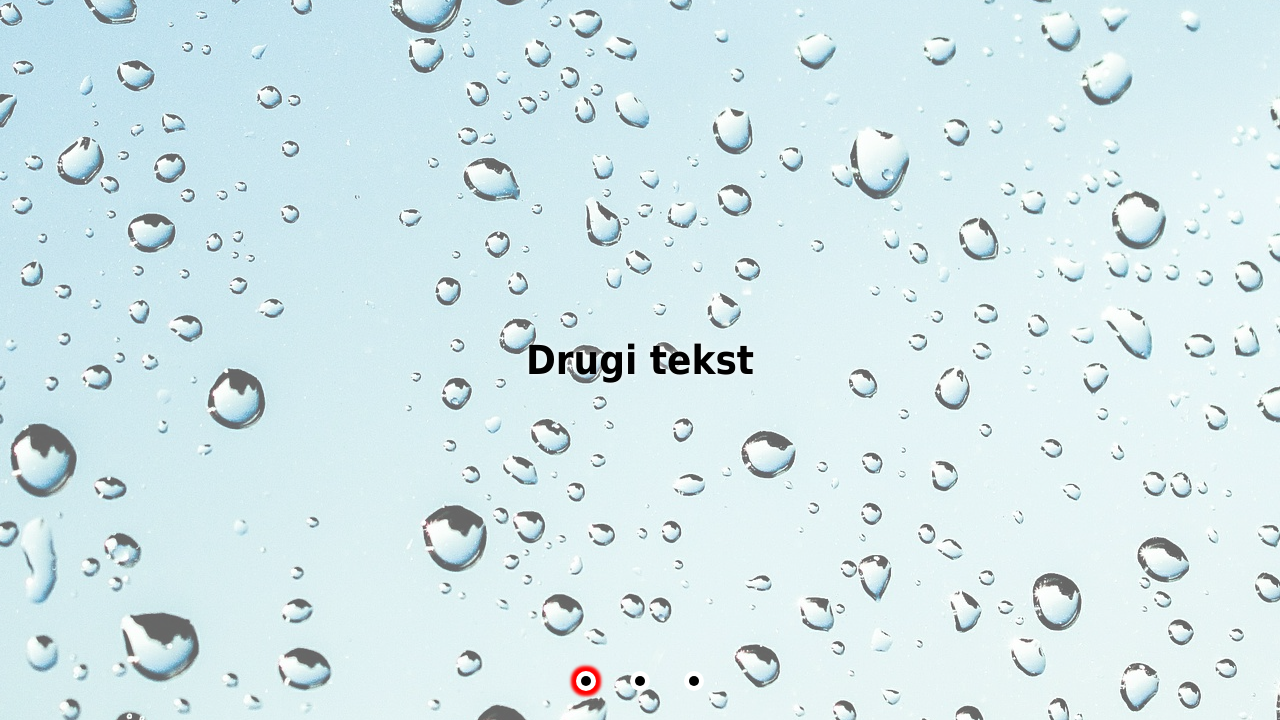
Repository: KasiaJakubowska/Baner
Page: index.html
The author's editor kept a copy of each file at every save. The page is drawn from the files as they stood at one save, then again after the next save.
The browser window is 1280 px wide. The pictures show the whole page.

Above is the page before, as saved 2018-10-16 16:28:39.

### index.html
<!DOCTYPE html>
<html lang="en">

<head>
  <meta charset="UTF-8">
  <title>Slider</title>
  <style>
    * {
      margin: 0;
    }

    header {
      width: 100%;
      height: 100vh;
      position: relative;
      overflow: hidden;
    }

    img {
      position: absolute;
      min-width: 100%;
      min-height: 100%;
      position: absolute;
      top: 50%;
      left: 50%;
      transform: translate(-50%, -50%);
      opacity: 0.6;
    }

    h1 {
      position: absolute;
      top: 50%;
      left: 50%;
      transform: translate(-50%, -50%);
      font-size: 40px;
      font-family: tahoma, sans-serif;
      text-shadow: 0 0 6px white;
    }

    .dots {
      position: absolute;
      bottom: 30px;
      left: 50%;
      transform: translateX(-50%)
    }

    .dots span {
      display: inline-block;
      background-color: #000;
      margin: 0 20px;
      width: 10px;
      height: 10px;
      border-radius: 50%;
      box-shadow: 0 0 0 5px white;
    }

    .dots span.active {
      box-shadow: 0 0 0 5px white, 0 0 3px 10px red;
    }
  </style>
</head>

<body>
  <header>
    <img class="slider" src="images/img1.jpg" alt="">
    <h1 class="slider">Pierwszy tekst</h1>
    <div class="dots">
      <span id="one" class="active"></span>
      <span id="two"></span>
      <span id="three"></span>
    </div>
  </header>

  <script src="main.js"></script>
</body>

</html>

### main.js
const slideList = [{
 img: "images/img1.jpg",
 text: 'Pierwszy tekst'
},
{
 img: "images/img2.jpg",
 text: 'Drugi tekst'
},
{
 img: "images/img3.jpg",
 text: 'Trzeci tekst'
}];

const image = document.querySelector('img.slider');
const h1 = document.querySelector('h1.slider');
// Interfejs
const time = 3000;
let active = 0;

const changeSlide = () => {
 active++;
 if (active === slideList.length) {
  active = 0;
 }
 image.src = slideList[active].img;
 h1.textContent = slideList[active].text;

}
setInterval(changeSlide, time)

// Implementacje

After the next save:
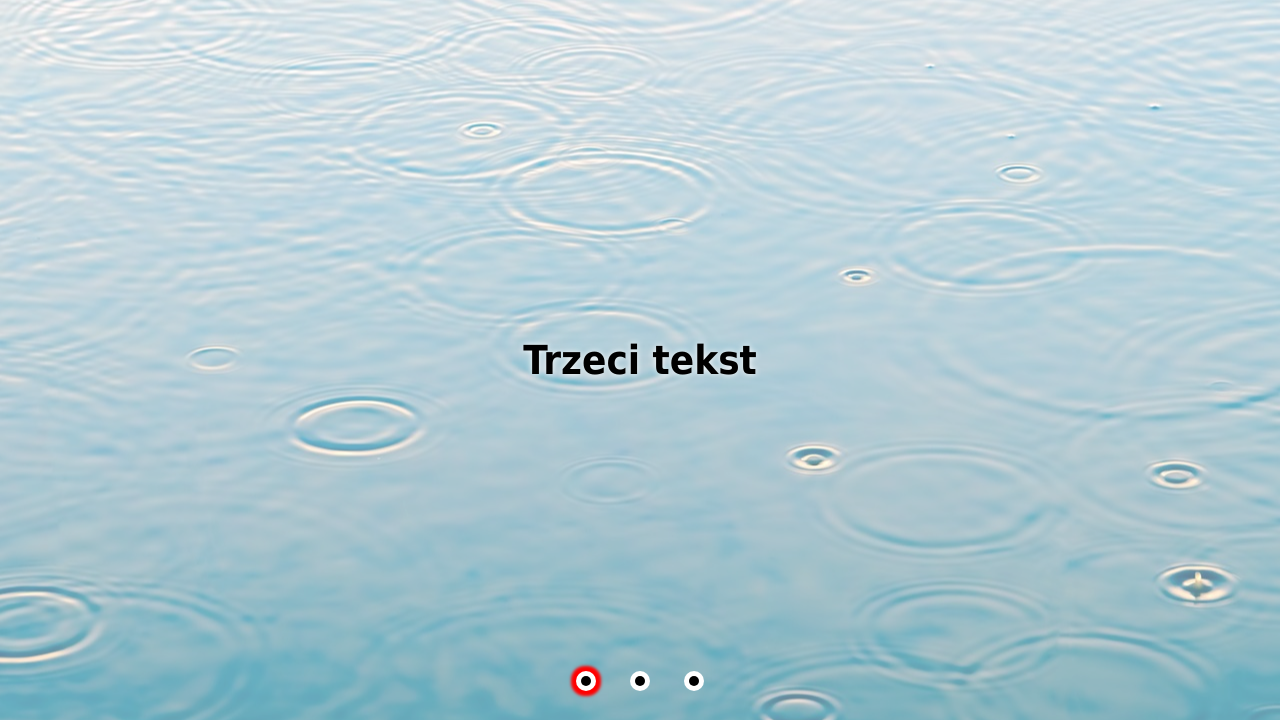
Saved 191 days later.
--- a/main.js
+++ b/main.js
@@ -27,5 +27,6 @@
 
 }
 setInterval(changeSlide, time)
+setInterval(changeSlide, time)
 
 // Implementacje

After the save that followed:
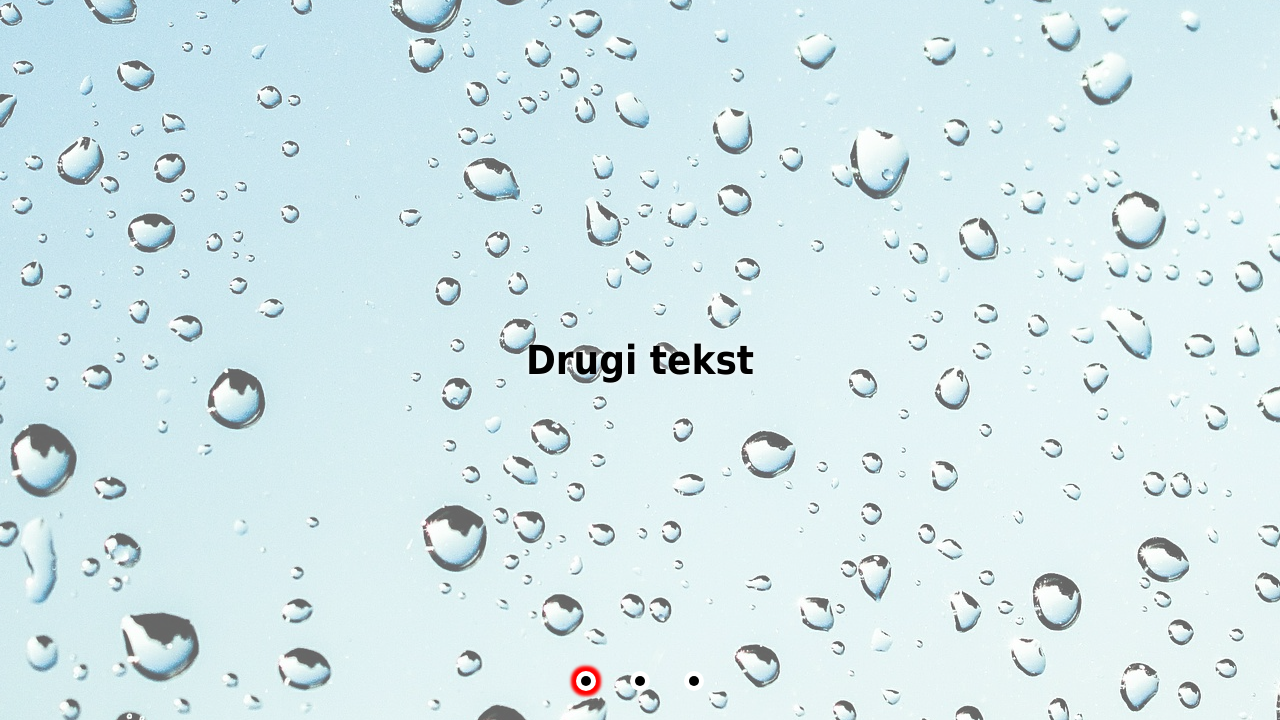
Saved 9 s later.
--- a/main.js
+++ b/main.js
@@ -27,6 +27,5 @@
 
 }
 setInterval(changeSlide, time)
-setInterval(changeSlide, time)
 
 // Implementacje
